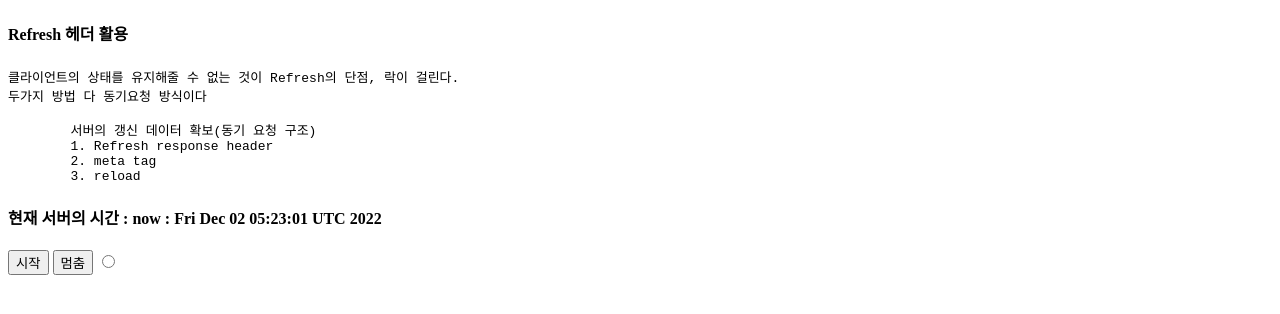
Repository: YOUNARAE/JSP
Page: http://localhost/WebStudy01/05/autoRequest.jsp
These files come from the project's save history. The page is drawn as it stood at one moment and after the next save; the edit follows.
The browser window is 1280 px wide. The pictures show the whole page.
The page is served by Tomcat 9. Other server files are loaded and not shown.

Above is the page before, as saved 2022-12-13 08:26:03.

### WebStudy01/src/main/webapp/05/autoRequest.jsp
<%@page import="java.util.Date"%>
<%@ page language="java" contentType="text/html; charset=UTF-8"
    pageEncoding="UTF-8"%>
<!DOCTYPE html>
<html>
<head>
<meta charset="UTF-8">
<!-- <meta http-equiv="Refresh" content="5;url=https://www.naver.com"> --> <!-- 클라이언트방식 -->
<title>05/autoRequest.jsp</title>
<script type="text/javascript" src="${pageContext.request.contextPath}/resources/jquery-3.6.1.min.js"></script>
</head>
<body>
<h4>Refresh 헤더 활용</h4>
<%--
	response.setIntHeader("Refresh", 1);
--%>
<pre>클라이언트의 상태를 유지해줄 수 없는 것이 Refresh의 단점, 락이 걸린다.
두가지 방법 다 동기요청 방식이다

	서버의 갱신 데이터 확보(동기 요청 구조)
	1. Refresh response header
	2. meta tag
	3. reload
</pre>
<h4>현재 서버의 시간 : <span id="timeArea"> </span></h4>
<button class="controlBtn" data-control-type="START">시작</button>
<button class="controlBtn" data-control-type="STOP">멈춤</button>
<input type="radio"/>
<script>
// 	setTimeout(() => {
// 		location.reload();
// 	}, 1000);
	let timeArea = $("#timeArea");
	let sendRequest = function(){
		$.ajax({
			url : "${pageContext.request.contextPath}/05/getServerTime",
			dataType : "json",
			success : function(resp) {
				timeArea.html(resp.now);
			},
			error : function(jqXHR, status, error) {
				console.log(jqXHR);
				console.log(status);
				console.log(error);
			}
		});
	}

	setInterval(sendRequest, 1000);
</script>
</body>
</html>

### WebStudy01/src/main/java/kr/or/ddit/servlet05/GetServerTimeControllerServlet.java
package kr.or.ddit.servlet05;

import java.io.IOException;
import java.util.Date;
import java.util.Locale;

import javax.servlet.ServletException;
import javax.servlet.annotation.WebServlet;
import javax.servlet.http.HttpServlet;
import javax.servlet.http.HttpServletRequest;
import javax.servlet.http.HttpServletResponse;

@WebServlet("/05/getServerTime")
public class GetServerTimeControllerServlet extends HttpServlet{
	@Override
	protected void doGet(HttpServletRequest req, HttpServletResponse resp) throws ServletException, IOException {
		//2모델확보
		Date now = new Date();
		String nowStr = String.format(Locale.CANADA, "now : %tc",now);
		req.setAttribute("now", nowStr);//toString()
		resp.setHeader("Refresh", "1");
		String viewName = "/jsonView.do";
		req.getRequestDispatcher(viewName).forward(req,resp);
	}
}

Loaded but not shown: WebStudy01/src/main/webapp/resources/jquery-3.6.1.min.js (library)

After the next save:
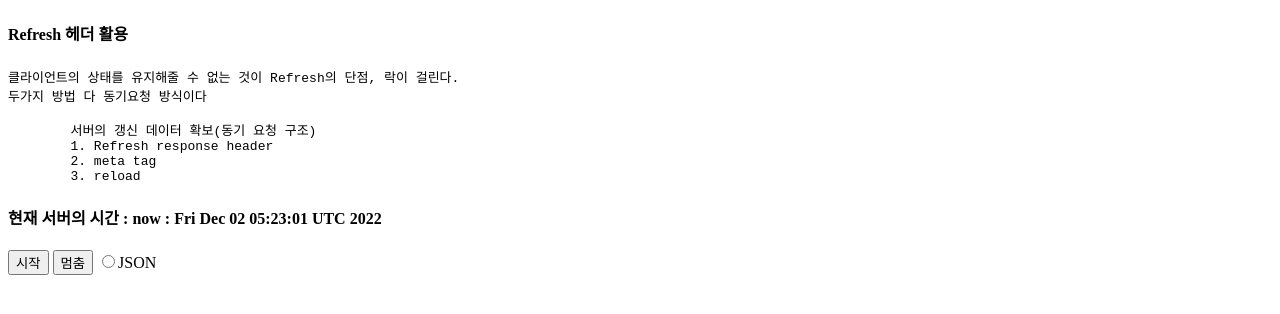
Saved 15 s later.
--- a/WebStudy01/src/main/webapp/05/autoRequest.jsp
+++ b/WebStudy01/src/main/webapp/05/autoRequest.jsp
@@ -25,7 +25,7 @@
 <h4>현재 서버의 시간 : <span id="timeArea"> </span></h4>
 <button class="controlBtn" data-control-type="START">시작</button>
 <button class="controlBtn" data-control-type="STOP">멈춤</button>
-<input type="radio"/>
+<input type="radio" name="dataType"/>JSON
 <script>
 // 	setTimeout(() => {
 // 		location.reload();
